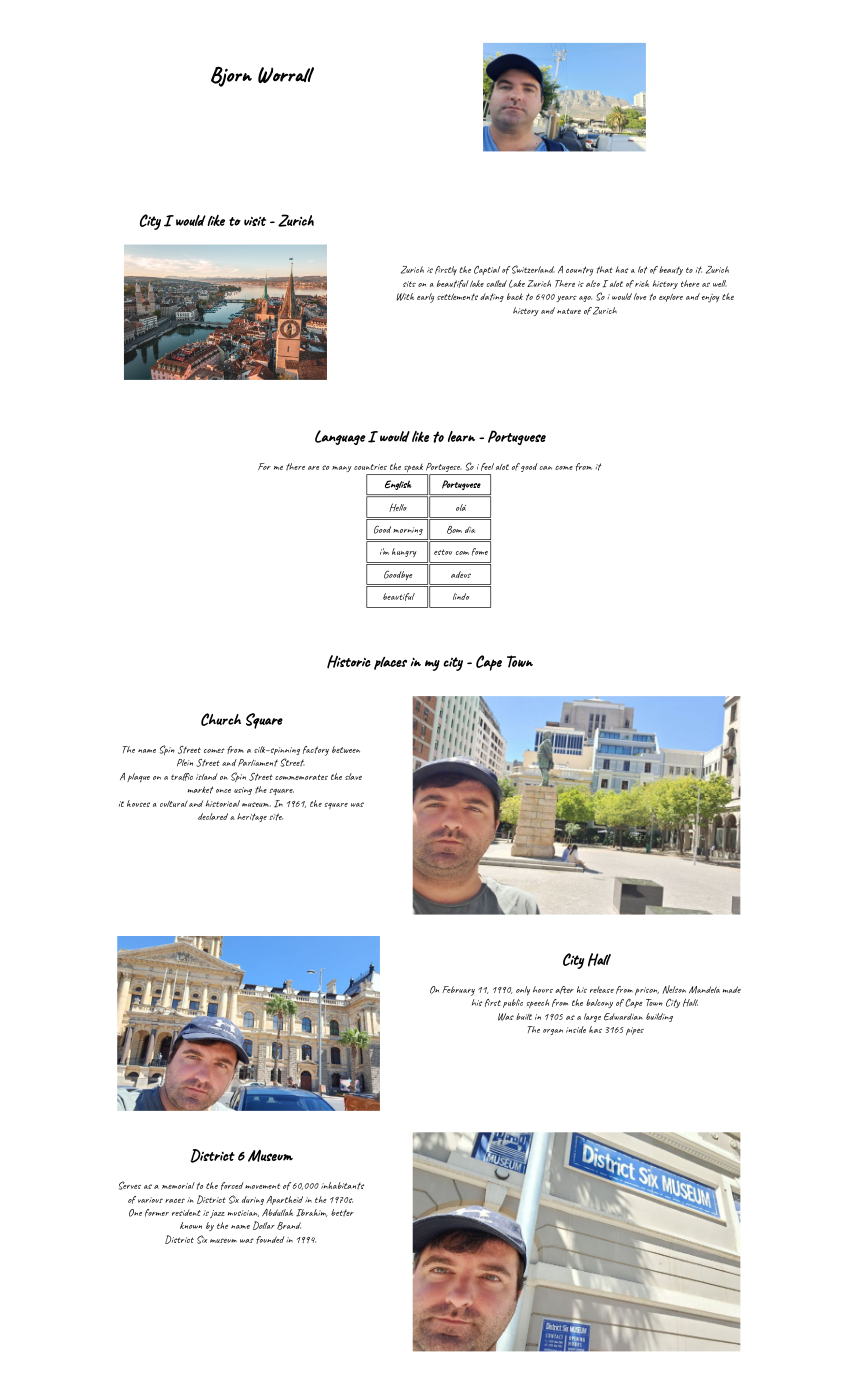
Repository: lasity34/basic-webpage
Page: index.html
These files come from the project's save history. The page is drawn as it stood at one moment and after the next save; the edit follows.
The browser window is 1280 px wide. The pictures show the whole page, at 67% of full size.

Above is the page before, as saved 2023-03-03 09:57:48.

### index.html
<!DOCTYPE html>
<html lang="en">
  <link rel="stylesheet" type="text/css" href="styles.css" />
  <link rel="preconnect" href="https://fonts.googleapis.com" />
  <link rel="preconnect" href="https://fonts.gstatic.com" crossorigin />
  <link
    href="https://fonts.googleapis.com/css2?family=Caveat&display=swap"
    rel="stylesheet"
  />
  <head>
    <meta charset="UTF-8" />
    <meta http-equiv="X-UA-Compatible" content="IE=edge" />
    <meta name="viewport" content="width=device-width, initial-scale=1.0" />
    <title>Bjorns Profile Reponsive</title>
  </head>
  <body>
    <main>
      <section id="profile_section">
        <h1 id="profile_name">Bjorn Worrall</h1>
        <div id="img_container">
          <img
            id="profile_img"
            src="./images/profile.jpg"
            alt="A picture of me with table Mountain at the back"
          />
        </div>
      </section>
      <section id="city_section">
        <div id="city_container">
          <h1>City I would like to visit - Zurich</h1>
          <img src="./images/zurich.jpg" width="100%" />
        </div>
        <p>
          Zurich is firstly the Captial of Switzerland. A country that has a lot
          of beauty to it. Zurich sits on a beautiful lake called Lake Zurich
          There is also I alot of rich history there as well. With early
          settlements dating back to 6400 years ago. So i would love to explore
          and enjoy the history and nature of Zurich
        </p>
      </section>
      <section id="language">
        <h1>Language I would like to learn - Portuguese</h1>
        <p>
          For me there are so many countries the speak Portugese. So i feel alot
          of good can come from it
        </p>

        <table>
          <tr>
            <th>English</th>
            <th>Portuguese</th>
          </tr>
          <tr>
            <td>Hello</td>
            <td>olá</td>
          </tr>
          <tr>
            <td>Good morning</td>
            <td>Bom dia</td>
          </tr>
          <tr>
            <td>i'm hungry</td>
            <td>estou com fome</td>
          </tr>
          <tr>
            <td>Goodbye</td>
            <td>adeus</td>
          </tr>
          <tr>
            <td>beautiful</td>
            <td>lindo</td>
          </tr>
        </table>
      </section>
      <section>
        <h1>Historic places in my city - Cape Town</h1>
        <div class="places_container">
          <div class="places_info">
            <h2>Church Square</h2>
            <li>
              The name Spin Street comes from a silk–spinning factory between
              Plein Street and Parliament Street.
            </li>
            <li>
              A plaque on a traffic island on Spin Street commemorates the slave
              market once using the square.
            </li>
            <li>
              it houses a cultural and historical museum. In 1961, the square
              was declared a heritage site.
            </li>
          </div>
          <img src="./images/church_square.jpg" />
        </div>
        <div class="places_container">
          <img src="./images/city_hall.jpg" />
          <div id="places_info_hall">
            <h2>City Hall</h2>
            <li>
              On February 11, 1990, only hours after his release from prison,
              Nelson Mandela made his first public speech from the balcony of
              Cape Town City Hall.
            </li>
            <li>Was built in 1905 as a large Edwardian building</li>
            <li>The organ inside has 3165 pipes</li>
          </div>
        </div>
        <div class="places_container">
            <div class="places_info">
              <h2>District 6 Museum</h2>
              <li>
                Serves as a memorial to the forced movement of 60,000 inhabitants of various races in District Six during Apartheid in the 1970s.
              </li>
              <li>
                One former resident is jazz musician, Abdullah Ibrahim, better known by the name Dollar Brand.
              </li>
              <li>
                District Six museum was founded in 1994.
              </li>
            </div>
            <img src="./images/district_6.jpg" />
          </div>
        </div>
      </section>
    </main>
  </body>
</html>

### styles.css
/* global */

* {
  font-family: "Caveat", "Arial Narrow", Arial, sans-serif;
}

main {
  max-width: 95%;
  margin: 2rem auto;
}

li {
  list-style: none;
}

section {
  margin-top: 4rem;
  text-align: center;
}

/* profile */

#profile_name {
  font-size: 2rem;
  text-align: center;
}

#img_container {
  text-align: center;
}

#profile_img {
  width: 60%;
}

/* language */

table {
  margin: auto;
}

td,
th {
  border: 1px solid black;
  padding: 0.3em;
  width: 50%;
}

/* historic places */

.places_container {
  display: grid;
  grid-template-columns: 40% 50%;
  padding: 1em;
  justify-content: space-around;
}

.places_info {
  padding-right: 1.5em;
}

#places_info_hall {
  padding-left: 1.5em;
}

.places_container img {
  width: 100%;
  margin: auto;
}

/* max-width 767px */

@media (max-width: 567px) {
  .places_container {
    display: flex;
    flex-direction: column;
    margin: 0.5em 0;
    padding: 0 0.5em;
    border-top: 1px black solid;
  }

  #places_info_hall {
    order: -1;
    padding-left: 0;
  }

  .places_info,
  #places_info_hall {
    margin-bottom: 2em;
  }
}

@media (min-width: 1000px) {
  main {
    max-width: 80%;
  }

  #profile_section {
    display: grid;
    grid-template-columns: 50% 40%;
  }

  p {
    margin: auto 0;
  }

  #city_section {
    display: grid;
    justify-content: space-around;
    grid-template-columns: 30% 50%;
  }
}

After the next save:
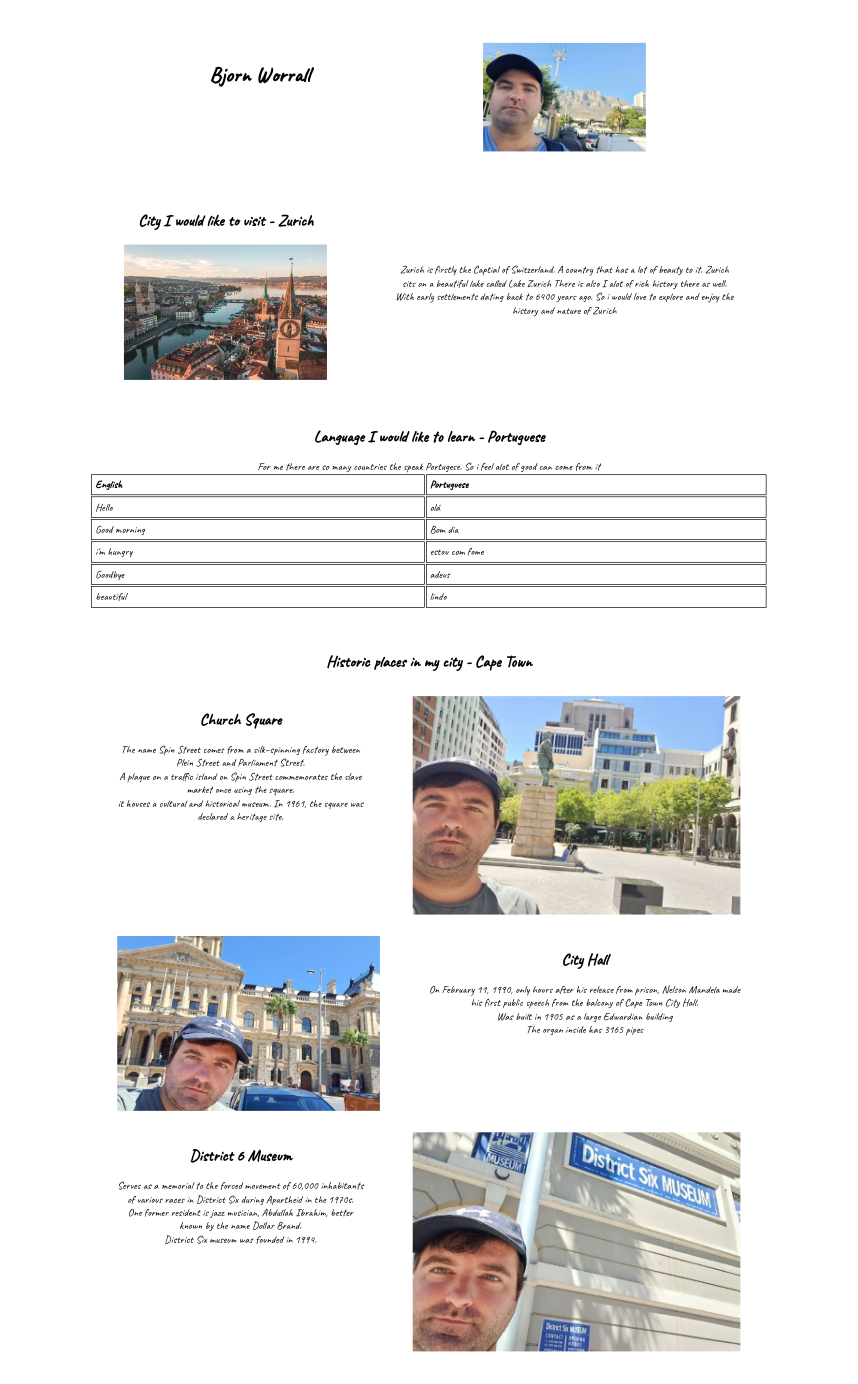
Saved 57 s later.
--- a/styles.css
+++ b/styles.css
@@ -43,7 +43,8 @@ td,
 th {
   border: 1px solid black;
   padding: 0.3em;
-  width: 50%;
+  width: 1%;
+  text-align: left;
 }
 
 /* historic places */
